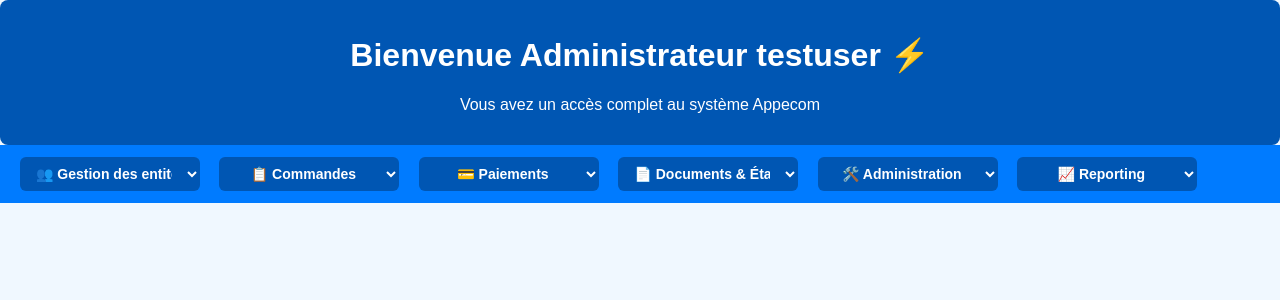
Repository: ROOSVELTTEUBOU/Projet-dev
Page: http://localhost/fonction_interne/dashboard_admin.php
The author's editor kept a copy of each file at every save. The page is drawn from the files as they stood at one save, then again after the next save.
The browser window is 1280 px wide. The pictures show the whole page.
The page is run by PHP 8.4 with error messages shown; the project is at /var/www/html/. The session is filled in as if someone had signed in: {"id_utilisateur": 1, "user": "testuser"}.

Above is the page before, as saved 2026-02-20 12:38:52.

After the next save:
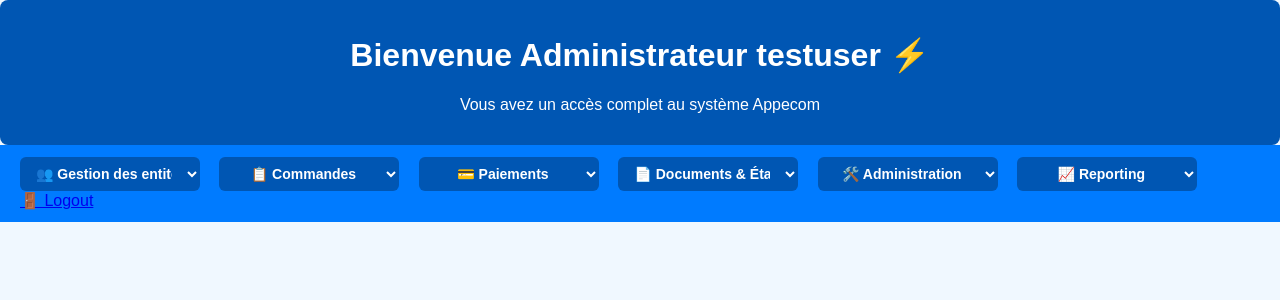
Saved 22 s later.
--- a/fonction_interne/dashboard_admin.php
+++ b/fonction_interne/dashboard_admin.php
@@ -112,5 +112,8 @@ if (!isset($_SESSION['id_utilisateur'])) {
         <option value="stats_clients.php">👥 Clients actifs</option>
       </select>
     </div>
+    <div class="nav-right">
+        <a href="logout.php" class="logout-btn">🚪 Logout</a>
+    </div>
 </body>
 </html>
